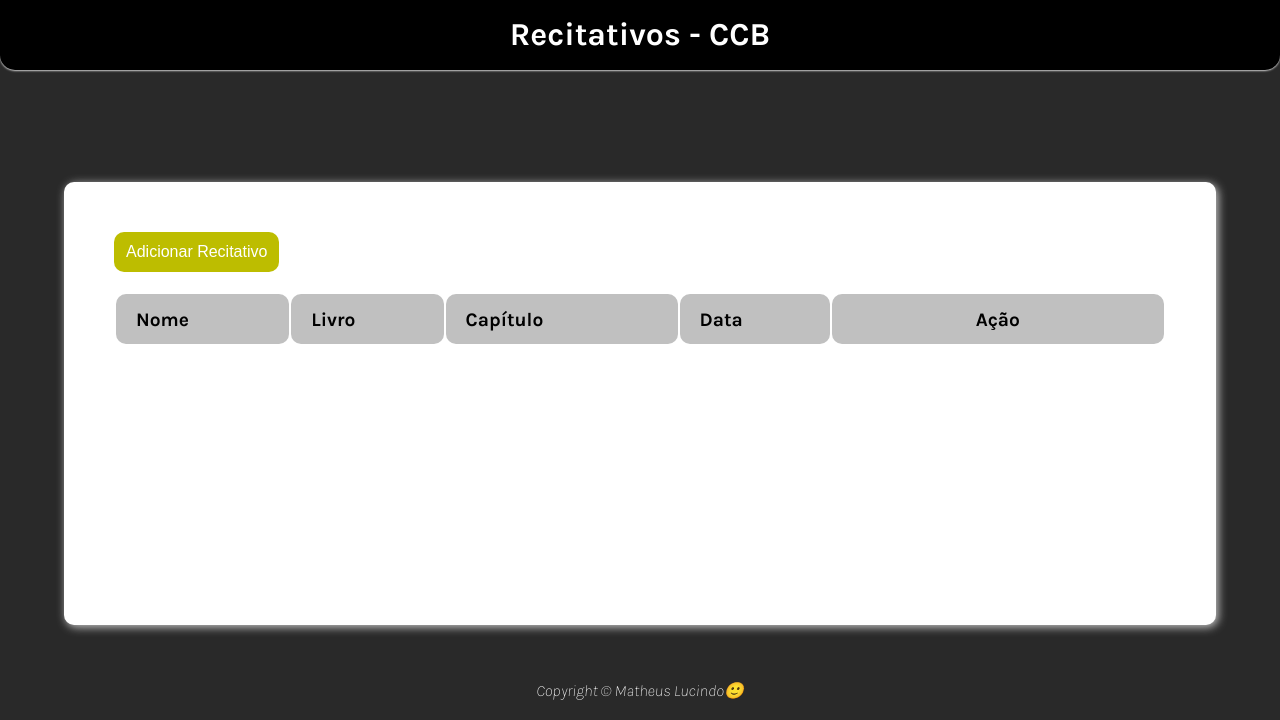
Repository: Matheus904-12/API-da-CCB
Page: index.html
The author's editor kept a copy of each file at every save. The page is drawn from the files as they stood at one save, then again after a run of saves.
The browser window is 1280 px wide. The pictures show the whole page.

Above is the page before, as saved 2024-01-14 02:03:19.

### index.html
<!DOCTYPE html>
<html lang="pt-BR">

<head>
    <meta charset="UTF-8">
    <meta http-equiv="X-UA-Compatible" content="IE=edge">
    <meta name="viewport" content="width=device-width, initial-scale=1.0">
    <link rel="preconnect" href="https://fonts.gstatic.com">
    <link href="https://fonts.googleapis.com/css2?family=Karla:ital,wght@0,400;0,700;1,200;1,800&display=swap"
        rel="stylesheet">
    <link rel="stylesheet" href="principal.css">
    <link rel="stylesheet" href="botao.css">
    <link rel="stylesheet" href="registros.css">
    <link rel="stylesheet" href="modal.css">
    <link rel="stylesheet" href="chat.css">
    <script src="script.js" defer></script>
    <title>CCB - Central</title>
</head>

<body>
    <header>

        <h1 class="header-title">Recitativos - CCB</h1>
    </header>
    <br>
    <br>
    <br>
    <br>
    <main>
        <button type="button" class="button blue mobile" id="cadastrarCliente">Adicionar Recitativo</button>
        <table id="tableClient" class="records">
            <thead>
                <tr>
                    <th>Nome</th>
                    <th>Livro</th>
                    <th>Capítulo</th>
                    <th>Data</th>
                    <th>Ação</th>
                </tr>
            </thead>
            <tbody>

            </tbody>
        </table>
        <div class="modal" id="modal">
            <div class="modal-content">
                <header class="modal-header">
                    <h2>Recitativo</h2>
                    <span class="modal-close" id="modalClose">&#10006;</span>
                </header>
                <form id="form" class="modal-form">


                    <input type="text" id="nome" data-index="new" class="modal-field" placeholder="Nome"
                        required>

                    <input type="text" id="livro" class="modal-field" placeholder="Livro" required>

                    <input type="number" id="capitulo" class="modal-field" placeholder="Capítulo" required>

                    <input type="number" id="versiculo" class="modal-field" placeholder="Versículo" required>

                    <input type="date" id="data" class="modal-field" placeholder="Data" required>

                    <label for="auxiliar">Auxiliar</label>
                        <select id="auxiliar" class="modal-field">
                            <option value="none">Nenhum</option>
                            <option value="aline">Aline Gomes Santos</option>
                            <option value="alfredo">Alfredo Bruske Schuster</option>
                            <option value="alef">Alef Vinicius</option>
                            <option value="jose">José Victor Zeller Gonçalves</option>
                            <option value="jonas">Jonas Amorim Lopes da Silva</option>
                            <option value="loraine">Loraine de Assis Souza</option>
                            <option value="natalia">Natália de Sena Marques</option>
                        </select>


                </form>
                <footer class="modal-footer">
                    <button id="salvar" class="button green">Salvar</button>
                    <button id="cancelar" class="button blue">Cancelar</button>
                </footer>
            </div>
        </div>
    </main>
    <footer>
        Copyright &copy; Matheus Lucindo🙂
    </footer>
</body>

</html>

### principal.css
*{
    padding: 0;
    margin: 0;
    box-sizing: border-box;
}

:root{
    --primary-color: #000000;
    --secundary-color: #cfcfcf;
    --shadow-color: #CCC;
    --text-color: #FFF;
}

body{
    min-height: 100vh;
    display: flex;
    flex-direction: column;
    font-family: 'karla', sans-serif;
    position:relative;
    background-color: #292929;
}

header{
    background-color: var(--primary-color);
    height: 70px;
    text-align: center;
    line-height: 70px;
    box-shadow: 0 1px 2px var(--shadow-color);
    border-radius: 0px 0px 15px 15px;
}

.header-title{
    color: white;
    font-size: 2rem;
}

main{
    flex-grow: 1;
    display: flex;
    flex-direction: column;
    align-items: flex-start;
    width: 90%;
    margin: 5vh auto;
    padding: 50px;
    box-shadow: 2px 2px 10px var(--shadow-color);
    gap: 20px;
    border-radius: 10px;
    background-color: #ffffff;
}

main, th {
}

footer{
    width:100;
    text-align: center;
    font-weight: 200;
    font-style: italic;
    padding: 20px;
    color: white;
}

### botao.css
.button{
    border-style: none;
    height: 40px;
    padding: 6px 12px;
    background-color: black;
    color: white;
    font-size: 1rem;
    cursor: pointer;
    transition: box-shadow .6s ease;
    border-radius: 10px;
}

.button.blue{
    background-color: #bdbd00;
}

button.green{
    background-color: #13CE66;
}

button.red{
    background-color: #FF4949;
}

.button:hover{
    box-shadow: inset 200px 0 0 #00000055;
}

/* Estilização da barra de rolagem */
::-webkit-scrollbar {
    width: 12px; /* Largura da barra de rolagem */
    border-radius: 10px;
}

::-webkit-scrollbar-thumb {
    background-color: #dbc834; /* Cor do polegar da barra de rolagem */
    border-radius: 100px; /* Borda do polegar da barra de rolagem */
}

::-webkit-scrollbar-track {
    display: none;
}

::-webkit-scrollbar-thumb:hover {
    background-color: #bdbd00; /* Cor do polegar da barra de rolagem ao passar o mouse sobre ele */
}

### registros.css
.records{
    width: 100%;
    user-select: none;
    text-align: left;
}

.records th{
    height: 50px;
    background-color:#c0c0c0;
    padding-left: 20px;
    font-size: 1.2rem;
    border-radius: 10px;
}
.records td{
    height: 50px;
    padding-left: 20px;
    border-radius: 10px;
}

.records th:last-child,
.records td:last-child{
    padding: 0;
    min-width: 140px;
    text-align: center;
}

.records tr:hover{
    background-color: var(--secundary-color);
}

.records tr {
    border-radius: 10px;
}

### modal.css
.modal{
    position: fixed;
    top:0;
    left:0;
    width: 100%;
    height: 100%;
    background: #00000090;
    opacity: 0;
    z-index: -1;
}

.modal.active{
    opacity: 1;
    z-index: 1;
}

.modal-content{
    display: flex;
    flex-direction: column;
    gap:20px;
    width: 50vw;
    margin: 15vh auto;
    padding-bottom: 20px;
    background-color: white;
    box-shadow: 1px 1px 10px black;
    border-radius: 15px;
}

.modal-header{
    display: flex;
    position: relative;
    justify-content: center;
    height: 40px;
    line-height: 40px;
    font-size: 1rem;
    border-radius: 10px;
}

.modal-header, #h2 {
    color: white
}

.modal-close{
    position: absolute;
    right: 0;
    display: block;
    width: 40px;
    height: 40px;
    text-align: center;
    user-select: none;
    cursor: pointer;
    border-radius: 10px;
}

.modal-close:hover{
    background-color: #FF4949;
    color: white;
}

.modal-form{
    display: flex;
    justify-content: space-between;
    flex-wrap: wrap;
    gap: 20px;
    padding: 0 20px;
}

.modal-field{
    width: calc(50% - 10px);
    height: 40px;
    outline-style: none;
    border-style: none;
    box-shadow: 0 0 2px black;
    padding: 0 10px;
    font-size:1rem;
    border-radius: 10px;
}

.modal-field:focus{
    border: 2px solid var(--primary-color);
    box-shadow: 0 0 3px var(--primary-color);
}


.modal-footer{
    background-color: inherit;
    text-align: right;
    padding: 0 20px;
}

### chat.css
@media (max-width: 480px) {
    header {
        position: fixed;
        width: 100%;
        background-color: var(--primary-color);
        z-index: 1000;
    }

    .header-title {
        font-size: 1.5rem;
        color: white;
        padding: 10px;
        text-align: center;
    }

    .button.mobile {
        font-size: 0;
        width: 50px;
        height: 50px;
        border-radius: 50%;
        position: fixed;
        top: 90vh;
        left: 80vw;
        background-color: var(--primary-color);
        border: none;
        display: flex;
        align-items: center;
        justify-content: center;
        z-index: 1001;
    }

    .button.mobile img {
        width: 60%;
        height: 60%;
        filter: invert(1);
    }

    .records th.mobile,
    .records td.mobile {
        display: none;
    }

    .records tr {
        border-radius: 10px;
        display: block;
        margin-bottom: 20px;
        border: 2px solid #ccc;
        background-color: white;
        box-shadow: 0 2px 4px rgba(0, 0, 0, 0.1);
        padding: 0px;
        right: 15px;
    }

    .records td {
        display: flex;
        flex-wrap: wrap;
        justify-content: space-between;
        margin: 10px 0;
        align-items: center;
    }

    .records th:last-child,
    .records td:last-child {
        padding: 0;
        min-width: 140px;
        text-align: center;
        display: none;
        margin: 0 auto;
    }

    .modal {
        top: 100%;
        transition: all 1s ease;
        background-color: rgba(0, 0, 0, 0.5);
        display: flex;
        align-items: center;
        justify-content: center;
    }

    .modal.active {
        top: 0;
    }

    .modal-content {
        margin: 0;
        width: 90%;
        max-width: 400px;
        background-color: white;
        box-shadow: 0 2px 4px rgba(0, 0, 0, 0.1);
        border-radius: 10px;
        padding: 20px;
        position: relative;
    }

    .modal-field {
        width: 100%;
        margin-bottom: 15px;
        padding: 10px;
        border: 1px solid #ccc;
        border-radius: 5px;
        box-sizing: border-box;
    }
}

### script.js
'use strict'

const openModal = () => document.getElementById('modal')
    .classList.add('active')

const closeModal = () => {
    clearFields()
    document.getElementById('modal').classList.remove('active')
}


const getLocalStorage = () => JSON.parse(localStorage.getItem('db_client')) ?? []
const setLocalStorage = (dbClient) => localStorage.setItem("db_client", JSON.stringify(dbClient))

// CRUD - create read update delete
const deleteClient = (index) => {
    const dbClient = readClient()
    dbClient.splice(index, 1)
    setLocalStorage(dbClient)
}

const updateClient = (index, client) => {
    const dbClient = readClient()
    dbClient[index] = client
    setLocalStorage(dbClient)
}

const readClient = () => getLocalStorage()

const createClient = (client) => {
    const dbClient = getLocalStorage()
    dbClient.push (client)
    setLocalStorage(dbClient)
}

const isValidFields = () => {
    return document.getElementById('form').reportValidity()
}

//Interação com o layout

const clearFields = () => {
    const fields = document.querySelectorAll('.modal-field')
    fields.forEach(field => field.value = "")
    document.getElementById('nome').dataset.index = 'new'
    document.querySelector(".modal-header>h2").textContent  = 'Novo Versículo'
}

const saveClient = () => {
    if (isValidFields()) {
        const client = {
            auxiliar: document.getElementById('auxiliar').value,
            nome: document.getElementById('nome').value,
            livro: document.getElementById('livro').value,
            capitulo: document.getElementById('capitulo').value,
            versiculo: document.getElementById('versiculo').value,
            data: document.getElementById('data').value
        }
        const index = document.getElementById('nome').dataset.index;
        if (index == 'new') {
            createClient(client);
            updateTable();
            closeModal();
        } else {
            updateClient(index, client);
            updateTable();
            closeModal();
        }
    }
}

const createRow = (client, index) => {
    const newRow = document.createElement('tr')
    newRow.innerHTML = `

        <td>${client.nome}</td>
        <td>${client.livro}</td>
        <td>${client.capitulo}</td>
        <td>${client.data}</td>
        <td>
            <button type="button" class="button green" id="edit-${index}">Editar</button>
            <button type="button" class="button red" id="delete-${index}" >Excluir</button>
        </td>
    `
    document.querySelector('#tableClient>tbody').appendChild(newRow)
}

const clearTable = () => {
    const rows = document.querySelectorAll('#tableClient>tbody tr')
    rows.forEach(row => row.parentNode.removeChild(row))
}

const updateTable = () => {
    const dbClient = readClient()
    clearTable()
    dbClient.forEach(createRow)
}

const fillFields = (client) => {
    document.getElementById('auxiliar').value = client.auxiliar
    document.getElementById('nome').value = client.nome
    document.getElementById('livro').value = client.livro
    document.getElementById('capitulo').value = client.capitulo
    document.getElementById('versiculo').value = client.versiculo
    document.getElementById('data').value = client.data
    document.getElementById('nome').dataset.index = client.index
}

const editClient = (index) => {
    const client = readClient()[index]
    client.index = index
    fillFields(client)
    document.querySelector(".modal-header>h2").textContent  = `Editando ${client.nome}`
    openModal()
}

const editDelete = (event) => {
    if (event.target.type == 'button') {

        const [action, index] = event.target.id.split('-')

        if (action == 'edit') {
            editClient(index)
        } else {
            const client = readClient()[index]
            const response = confirm(`Deseja realmente excluir o cliente ${client.nome}`)
            if (response) {
                deleteClient(index)
                updateTable()
            }
        }
    }
}

updateTable()

// Eventos
document.getElementById('cadastrarCliente')
    .addEventListener('click', openModal)

document.getElementById('modalClose')
    .addEventListener('click', closeModal)

document.getElementById('salvar')
    .addEventListener('click', saveClient)

document.querySelector('#tableClient>tbody')
    .addEventListener('click', editDelete)

document.getElementById('cancelar')
    .addEventListener('click', closeModal)

After the next 2 saves:
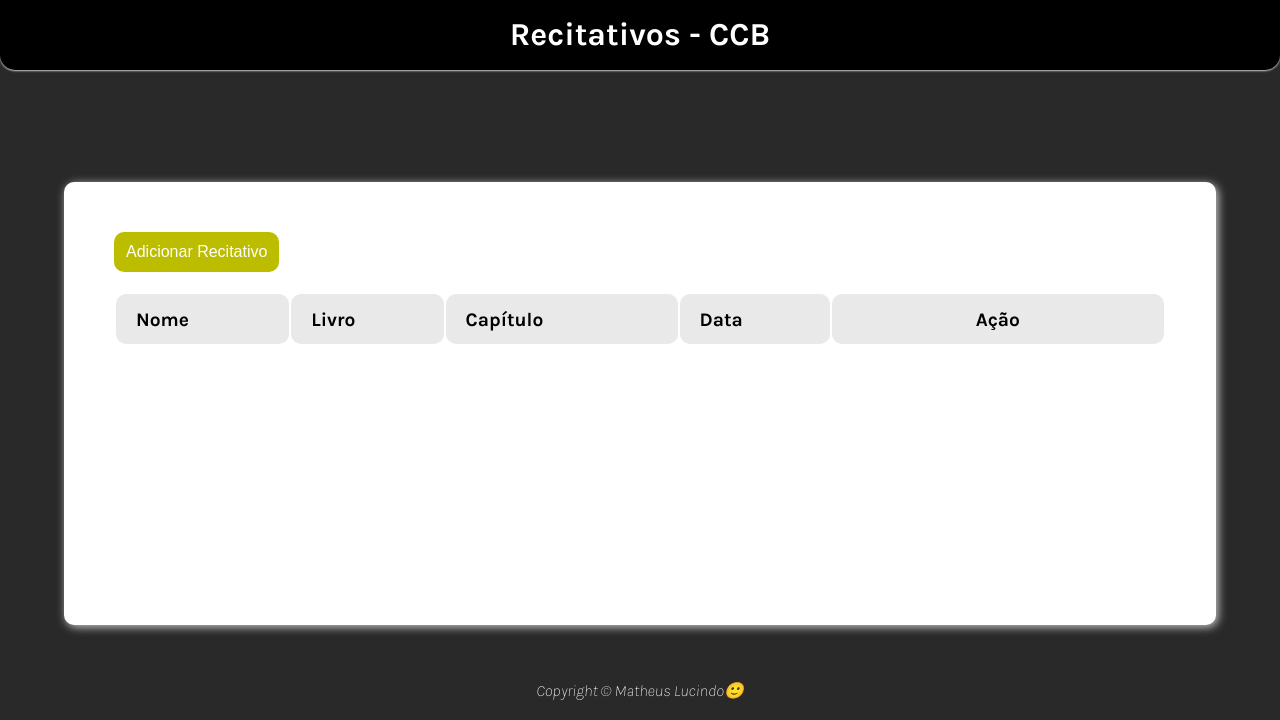
The 2 saves are shown as one change because they came seconds apart.
The last was saved 30 s later.
--- a/registros.css
+++ b/registros.css
@@ -6,7 +6,7 @@
 
 .records th{
     height: 50px;
-    background-color:#c0c0c0;
+    background-color:#c0c0c05a;
     padding-left: 20px;
     font-size: 1.2rem;
     border-radius: 10px;
